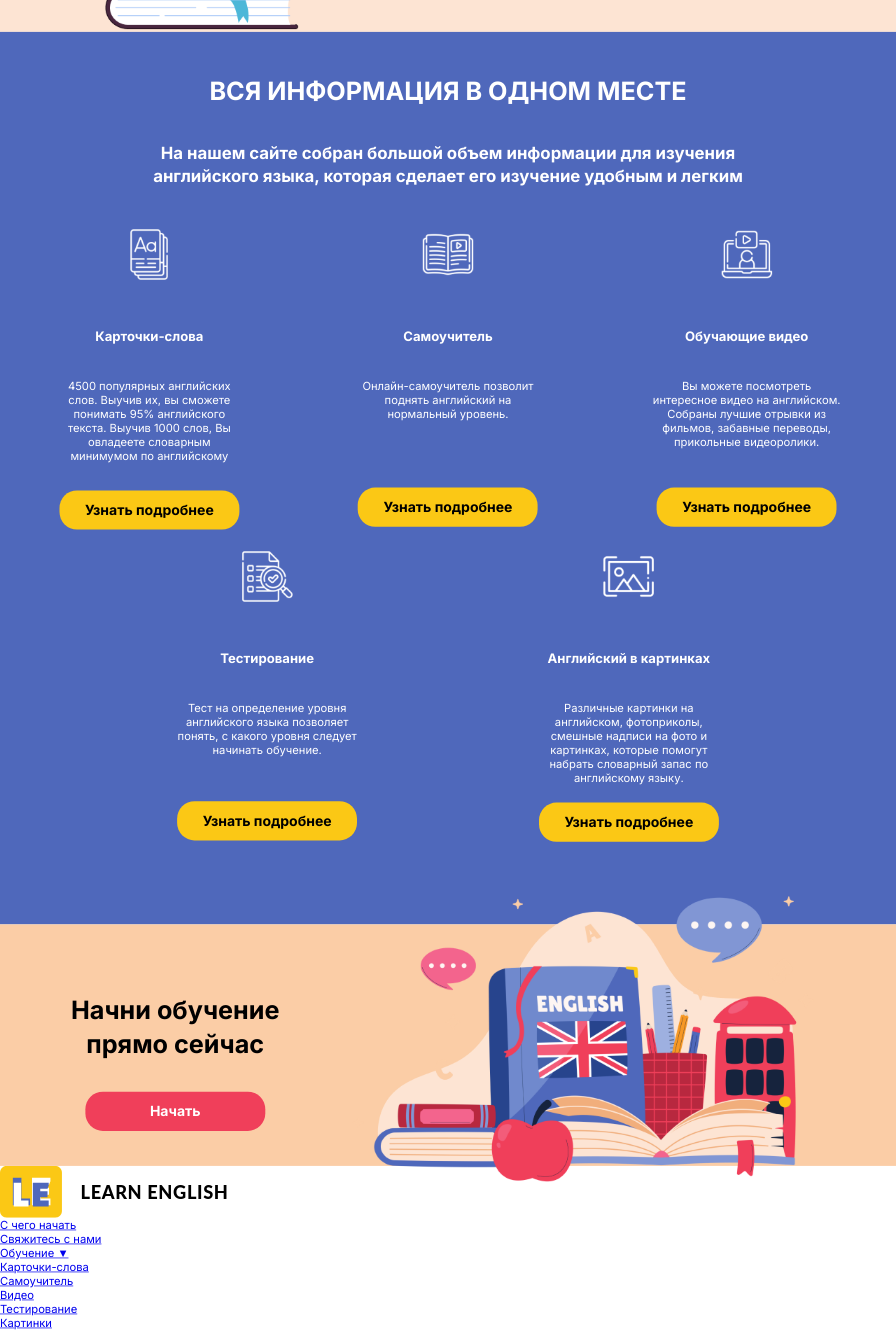
Repository: WladimirVA/Diplom
Page: scool/index.html
These files come from the project's save history. The page is drawn as it stood at one moment and after the next save; the edit follows.
The browser window is 1280 px wide. The pictures show the part of the page from y = 1331 to 3251 px (the page is 3231 px tall before and 3251 px after), at 70% of full size.

Above is the page before, as saved 2023-07-18 18:12:43.

### scool/index.html
<!DOCTYPE html>
<html lang="en">
<head>
    <meta charset="UTF-8">
    <meta name="viewport" content="width=device-width, initial-scale=1.0">
    <link href="./css/index.css" rel="stylesheet" type="text/css">
    <link href="../static/css/fonts.css" rel="stylesheet" type="text/css">
    <link rel="icon" sizes="16x16" href="./img/Vector.svg" type="image/x-icon">
    <title>Learn english</title>
</head>
<body>
    <header class="header" di="HOME">
        <div class="section">
            <div class="section-header">
                <div class="logo">
                    <img src="./img/Vector.svg">
                    <p>Learn english</p>
                </div>
                <div>

                    <ul class="ddropdownn">
                        <li class="ddropdownn-top">
                        <a class="ddropdownn-top" href="#">С чего начать</a>
                        </li>
                        <li class="ddropdownn-top">
                            <a class="ddropdownn-top" href="mailto:dyadichenko_va@mail.ru">Свяжитесь с нами</a>
                        </li>
                        <li class="ddropdownn-top">
                        <a class="ddropdownn-top" href="#">Обучение &#9660;</a>
                            <ul class="ddropdownn-inside">
                                <li><a href="/">Карточки-слова</a></li>
                                <li><a href="/">Самоучитель</a></li>
                                <li><a href="/">Видео</a></li>
                                <li><a href="/">Тестирование</a></li>
                                <li><a href="/">Картинки</a></li>
                            </ul>
                        </li>

                    </ul>
                </div>
            </div>
        </div>
    </header>
    <main>
        <section class="BEGINNES">
            <div class="section">
                <div class="content-beginners">
                    <div class="beginners-inf">
                        <h1>Английский <br>для начинающих</h1>
                        <p>Огромный объём <span  style="font-weight:900"> бесплатный <br></span> информации для изучения английского языка</p>
                        <div>
                            <ul class="home_ul">
                                <li class="home_li"><img class="check" src="./img/Иконка _Галочка_ 3.svg">Без регистрации</li>
                                <li class="home_li"><img class="check" src="./img/Иконка _Галочка_ 3.svg">Удобно и легко</li>
                            </ul>
                        </div>
                        <div class="buttonsHome">
                            <form action="#" method="post">
                                <button class="button_home">Начать обучение</button>
                            </form>
                        </div>
                    </div>
                    <div class="beginners-img">
                        <img src="./img/BACKGROUND.png" alt="foto">
                    </div>
                </div>
            </div>
        </section>
        <section class="LEARNING">
            <div class="section">
                <div class="content-learning">
                    <h1>С чего начать изучение<br> английского языка</h1>
                        <div class="learning">
                            <div class="img-learning">
                                <img src="./img/Group 31.png" alt="foto">
                            </div>
                            <div class="learning-text">
                                <div>
                                    <p class="popular">Самым популярным языком в мире является английский язык</p>
                                </div>
                                <div class="learning-text-img">
                                    <img src="./img/1.png" alt="number1">
                                    <p>Если у Вас уже есть определённые знания английского языка, проверьте свой уровень владения языком с помощью онлайн-тестирования, созданного по междунарожным стандартам</p>
                                </div>
                                <div class="learning-text-img">
                                    <img src="./img/2.png" alt="number2">
                                    <p>Если Вы решили изучать английский впервые, то начните с карточек-слов. Каждый день пробегайте по 20-100 слов</p>
                                </div>
                            </div>
                        </div>
                </div>
            </div>
        </section>
        <section class="INFORMATION">
            <div class="section">
                <div class="content-information">
                    <div class="information-text">
                        <h1>Вся информация в одном месте</h1>
                        <p>На нашем сайте собран большой объем информации для изучения <br> английского языка, которая сделает его изучение удобным и легким</p>
                    </div>
                </div>
                <div class="information">
                    <div class="information1">
                        <div class="a">
                            <img src="./img/Mask group.png" alt="foto">
                            <h3>Карточки-слова</h3>
                            <p>4500 популярных английских слов. Выучив их, вы сможете понимать 95% английского текста. Выучив 1000 слов,
                                Вы овладеете словарным минимумом по английскому</p>
                            <form class="buttton-inf1" action="#" method="post">
                                <button class="button_home">Узнать подробнее</button>
                            </form>
                        </div>
                        <div class="b">
                            <img src="./img/Mask group2.png" alt="foto">
                            <h3>Самоучитель</h3>
                            <p>Онлайн-самоучитель позволит поднять английский на нормальный уровень.</p>
                            <form class="buttton-inf2" action="#" method="post">
                                <button class="button_home">Узнать подробнее</button>
                            </form>
                        </div>
                        <div class="c">
                            <img src="./img/Mask group3.png" alt="foto">
                            <h3>Обучающие видео</h3>
                            <p>Вы можете посмотреть интересное видео на английском. Собраны лучшие отрывки из фильмов, забавные переводы, прикольные видеоролики.</p>
                            <form class="buttton-inf3" action="#" method="post">
                                <button class="button_home">Узнать подробнее</button>
                            </form>
                        </div>
                    </div>
                    <div class="information2">
                        <div class="d">
                            <img src="./img/Mask group4.png" alt="foto">
                            <h3>Тестирование</h3>
                            <p>Тест на определение уровня английского языка позволяет понять, с какого уровня следует начинать обучение.</p>
                            <form class="buttton-inf4" action="#" method="post">
                                <button class="button_home">Узнать подробнее</button>
                            </form>
                        </div>
                        <div class="e">
                            <img src="./img/Mask group5.png" alt="foto">
                            <h3>Английский в картинках</h3>
                            <p>Различные картинки на английском, фотоприколы, смешные надписи на фото и картинках, которые помогут набрать словарный запас по английскому языку.</p>
                            <form class="buttton-inf5" action="#" method="post">
                                <button class="button_home">Узнать подробнее</button>
                            </form>
                        </div>
                    </div>
                </div>
            </div>
        </section>
        <section class="TRANING">
            <div class="section">
                <div class="training">
                    <div class="training-inf">
                        <p>Начни обучение <br>прямо сейчас</p>
                        <form class="buttton-training1">
                            <button class="button_home buttton-training">Начать</button>
                        </form>
                    </div>
                    <div class="training-img">
                        <img src="./img/image 2 (3).png" alt="number2">
                    </div>
                </div>
            </div>
        </section>
    </main>
    <footer class="FOOTER">
        <div class="section">
            <div class="section-footer">
                <div class="logo">
                    <img src="./img/Vector.svg">
                    <p>Learn english</p>
                </div>
                <div>
                    <ul class="ddropdownn">
                        <li><a href="#">С чего начать</a></li>
                        <li><a class="link" href="mailto:dyadichenko_va@mail.ru">Свяжитесь с нами</a></li>
                        <li><a href="#">Обучение &#9660;</a></li>
                        <li><a href="/">Карточки-слова</a></li>
                        <li><a href="/">Самоучитель</a></li>
                        <li><a href="/">Видео</a></li>
                        <li><a href="/">Тестирование</a></li>
                        <li><a href="/">Картинки</a></li>
                    </ul>
                </div>
            </div>
        </div>
    </footer>
</body>
</html>

### scool/css/index.css
body {
    scroll-behavior: smooth;
    align-items: center;
    width: 100%;
    max-width: 1366px;
    margin: auto;
    font-family: 'Inter', 'Work Sans', "NunitoSans-Light", Arial, Helvetica, sans-serif;
}
* {
    margin: 0;
    padding: 0;
}

.logo {
    display: flex;
    align-items: center;
}

.logo p {
    font-family: Lato;
    font-size: 26px;
    font-weight: 800;
    line-height: 48px;
    letter-spacing: 0.035em;
    text-align: left;
    text-transform: uppercase;
    padding-left: 1em;
}

/* .link {
    font-family: Inter;
    font-size: 16px;
    font-weight: 500;
    line-height: 20px;
    letter-spacing: 0em;
    padding-right: 60px;
    text-decoration: none;
    color: #000000;


}

.header-nav {
    display: flex;
    list-style-type: none;
    padding-top: 20px;
} */
/* Стили выпадающего списка */
ul.ddropdownn li {/* Считаем координаты относительно исходного места. */
    position: relative; }
ul.ddropdownn, ul.ddropdownn-inside {
    /* Отступы на нуле. */
    padding: 0;
    /* Маркеры уберем. */
    list-style-type: none;
    }
ul.ddropdownn-inside {
    /* Спрячем дочерние элементы выпадающего списка. */
    left: -9999px;
    position: absolute;
    }
ul.ddropdownn li.ddropdownn-top {
    /* Небольшой отступ. */
    margin: 20px 1px 0 0;
    /* Выравнивание по левой стороне. */
    float: left;
    display: inline;
    }
ul.ddropdownn li.ddropdownn-top a {
    /* Делаю элементы блочными. */
    display: block;
    /* Снова отступы. */
    padding: 3px 30px 4px;
    text-decoration: none;
    color: black;
    font-family: Inter;
    width: 145px;
    }
/* ul.ddropdownn a.ddropdownn-top {/* Цвет фона. */ background: #FEF6F3; } */
ul.ddropdownn a.ddropdownn-top:hover {/* Отступы. */ padding: 13px 20px 4px; }
ul.ddropdownn li.ddropdownn-top:hover .ddropdownn-inside {
    left: 0;
    /* Делаю элементы блочными. */
    display: block;
    }
ul.ddropdownn .ddropdownn-inside {/* Цвет фона. */ background: #FEF6F3; }
ul.ddropdownn .ddropdownn-inside a:hover {/* Цвет фона изменится при наведении. */
    background: #FEF6F3; }


@media screen and (max-width: 745px) {
    .header-nav {
        display: block;
        padding-top: 0px;
    }
}


.section-header {
    display: flex;
    justify-content: space-between;
    background-color: #FEF6F3;
    padding: 5px 0px 0 70px;

}

.BEGINNES {
    background: #FEF6F3;
}

.content-beginners {
    display: flex;
    justify-content: space-between;
}

.beginners-inf {
    padding: 50px 0 0 70px;
}

.beginners-inf h1 {
    font-family: Inter;
    font-size: 44px;
    font-weight: 700;
    line-height: 48px;
    letter-spacing: -0.08em;
    text-align: left;
    text-transform: uppercase;
    font-family: Inter;
    font-size: 45px;
    font-weight: 700;
    line-height: 48px;
    letter-spacing: 0.035em;
    text-align: left;
}

.beginners-img img {
    width: 100%;
    height: auto;
}

.beginners-inf p {
    margin-top: 50px;
}

.content-beginners {
    font-family: Inter;
    font-size: 22px;
    font-weight: 700;
    line-height: 24px;
    letter-spacing: 0em;
    text-align: left;

    font-family: Inter;
    font-size: 22px;
    font-weight: 500;
    line-height: 24px;
    letter-spacing: 0em;
    text-align: left;

    font-family: Inter;
    font-size: 20px;
    font-weight: 500;
    line-height: 24px;
    letter-spacing: 0em;
    text-align: left;
}

.home_ul {
    list-style-type: none;
    padding: 20px 0 20px 0;
}

.check {
    margin-left: 15px;
}

.button_home {
    font-family: Inter;
    font-size: 20px;
    font-weight: 700;
    line-height: 24px;
    letter-spacing: 0em;
    text-align: center;
    background:#FBC815;
    border-style: none;
    border-radius: 25px;
    width: 257px;
    height: 56px;
}

.LEARNING {
    background: #FDE4D3;
}

.learning {
    display: flex;
    justify-content: space-evenly;
}

.img-learning img {
    width: 100%;
    height: auto;
}

.content-learning h1 {
    text-align: center;
    text-transform: uppercase;
    font-family: Inter;
    font-size: 36px;
    font-weight: 700;
    line-height: 48px;
    letter-spacing: 0em;
    text-align: center;
    padding-top: 65px;

}

.popular {
    margin-left: 20px;
}

.learning-text {
    max-width: 550px;
    margin-top: 50px;
}

.learning-text p {
    font-family: Inter;
    font-size: 20px;
    font-weight: 500;
    line-height: 24px;
    letter-spacing: 0em;
    text-align: left;
}

.learning-text-img {
    margin-top: 60px;
}

.learning-text-img p {
    margin: -38px 0 0 20px;
}

.INFORMATION {
    background: #4F68BB;
    height: 1275px;
}

.information-text {
    text-align: center;
    color: #FFFFFF;
    /* max-width: 932px; */
}


.content-information h1 {
    font-family: Inter;
    font-size: 36px;
    font-weight: 700;
    line-height: 48px;
    letter-spacing: 0em;
    text-align: center;
    text-transform: uppercase;
    padding: 60px 0 50px 0;
}

.content-information p {
    font-family: Inter;
    font-size: 24px;
    font-weight: 700;
    line-height: 32px;
    letter-spacing: 0em;
    text-align: center;
}


.information1 {
    color: #FFFFFF;
    height: 400px;
    text-align: center;
    display: flex;
    justify-content: space-around;
    margin: 60px 0 0 0;
}

.information1 p {
    max-width: 270px;
}

.information1 h3 {
    padding: 65px 0 50px 0;
}

.information2 {
    color: #FFFFFF;
    height: 400px;
    text-align: center;
    margin: 60px 0 0 0;
    display: flex;
    justify-content: space-evenly;
}

.information2 p {
    max-width: 270px;
}
.information2 h3 {
    padding: 65px 0 50px 0;
}

.buttton-inf1 {
    margin-top: 39px;
}
.buttton-inf2 {
    margin-top: 95px;
}
.buttton-inf3 {
    margin-top: 55px;
}
.buttton-inf4 {
    padding-top: 63px;
}
.buttton-inf5 {
    padding-top: 25px;
}

.TRANING {
    background:rgba(251, 205, 166, 1);
    height: 345px;
}

.training {
    display: flex;
    align-items: center;
    justify-content: space-evenly;
}

.training-inf {
    display: block;
    text-align: center;
}

.training-inf p {
    font-family: Inter;
    font-size: 36px;
    font-weight: 700;
    line-height: 48px;
    letter-spacing: 0em;
    text-align: center;
}

.buttton-training1 {
    padding-top: 45px;
}

.buttton-training {
    color: #FFFFFF;
    font-family: Inter;
    font-size: 20px;
    font-weight: 700;
    line-height: 24px;
    letter-spacing: 0em;
    text-align: center;
   background: rgba(240, 63, 90, 1);
}

.training-img {
    margin-top: -60px;
}

### static/css/fonts.css
/* @import url('https://fonts.googleapis.com/css2?family=Work+Sans:ital,wght@0,600;0,800;1,800&display=swap'); */


/* @import url('https://fonts.googleapis.com/css2?family=Inter:wght@400;500;600;700;800&family=Work+Sans:ital,wght@0,600;0,800;1,800&display=swap'); */


@import url('https://fonts.googleapis.com/css2?family=Inter:wght@100;200;300;400;500;600;700;800;900&display=swap');

@import url('https://fonts.googleapis.com/css2?family=Inter:wght@100;200;300;400;500;600;700;800;900&family=Work+Sans:ital,wght@0,100;0,200;0,300;0,400;0,500;0,600;0,700;0,800;0,900;1,100;1,200;1,300;1,400;1,500;1,600;1,700;1,800;1,900&display=swap');

After the next save:
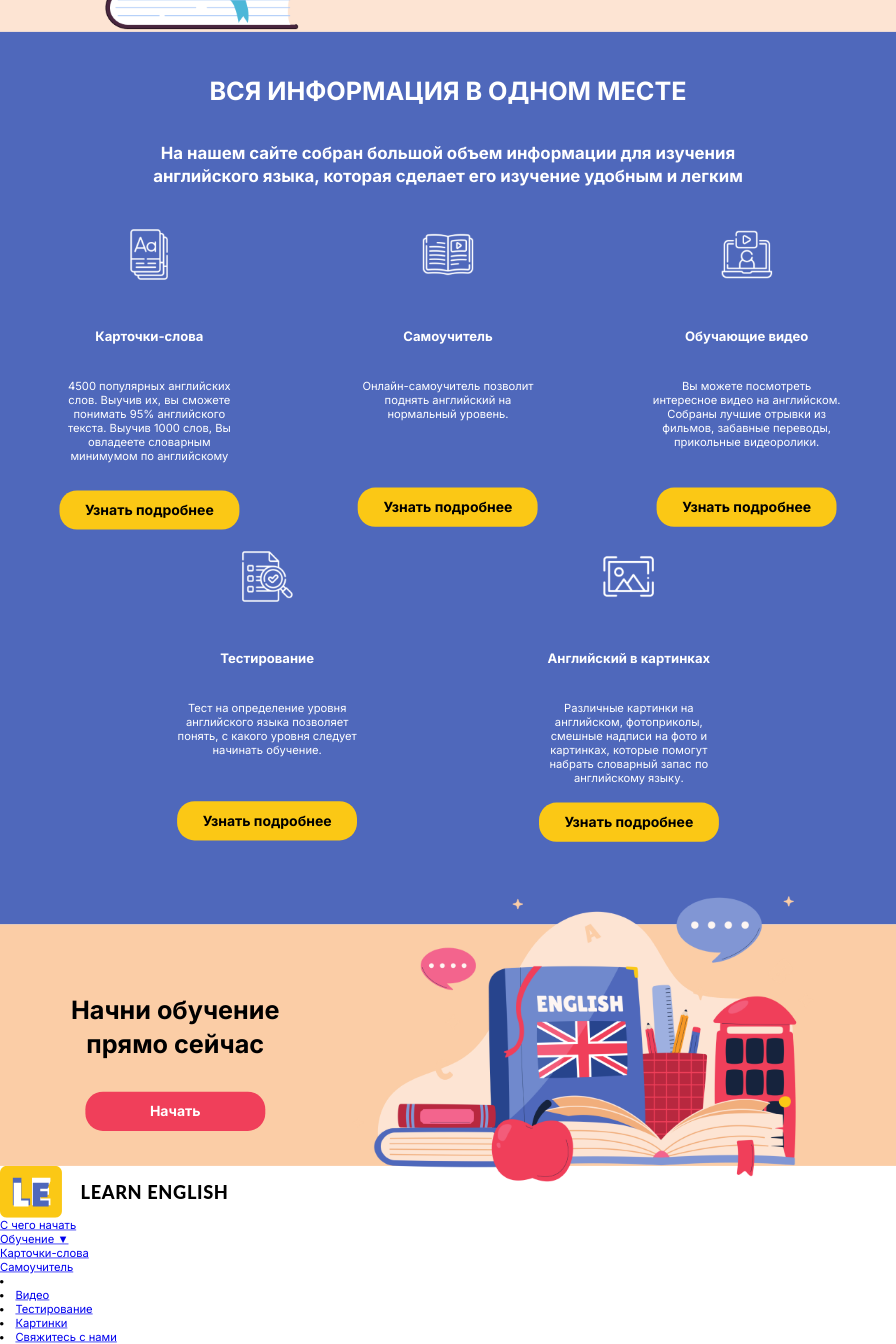
Saved 20 h 26 min later.
--- a/scool/index.html
+++ b/scool/index.html
@@ -171,17 +171,22 @@
                     <img src="./img/Vector.svg">
                     <p>Learn english</p>
                 </div>
-                <div>
-                    <ul class="ddropdownn">
+                <div class="ddropdownn">
+                    <ul >
                         <li><a href="#">С чего начать</a></li>
-                        <li><a class="link" href="mailto:dyadichenko_va@mail.ru">Свяжитесь с нами</a></li>
                         <li><a href="#">Обучение &#9660;</a></li>
-                        <li><a href="/">Карточки-слова</a></li>
-                        <li><a href="/">Самоучитель</a></li>
-                        <li><a href="/">Видео</a></li>
-                        <li><a href="/">Тестирование</a></li>
-                        <li><a href="/">Картинки</a></li>
+                        <li><a href="#">Карточки-слова</a></li>
+                        <li><a href="#">Самоучитель</a></li>
                     </ul>
+                </div>
+                    <div class="ddropdownn2">
+                        <li>
+                            <li><a href="#">Видео</a></li>
+                            <li><a href="#">Тестирование</a></li>
+                            <li><a href="#">Картинки</a></li>
+                            <li><a class="link" href="mailto:dyadichenko_va@mail.ru">Свяжитесь с нами</a></li>
+                        </ul>
+                    </div>
                 </div>
             </div>
         </div>
